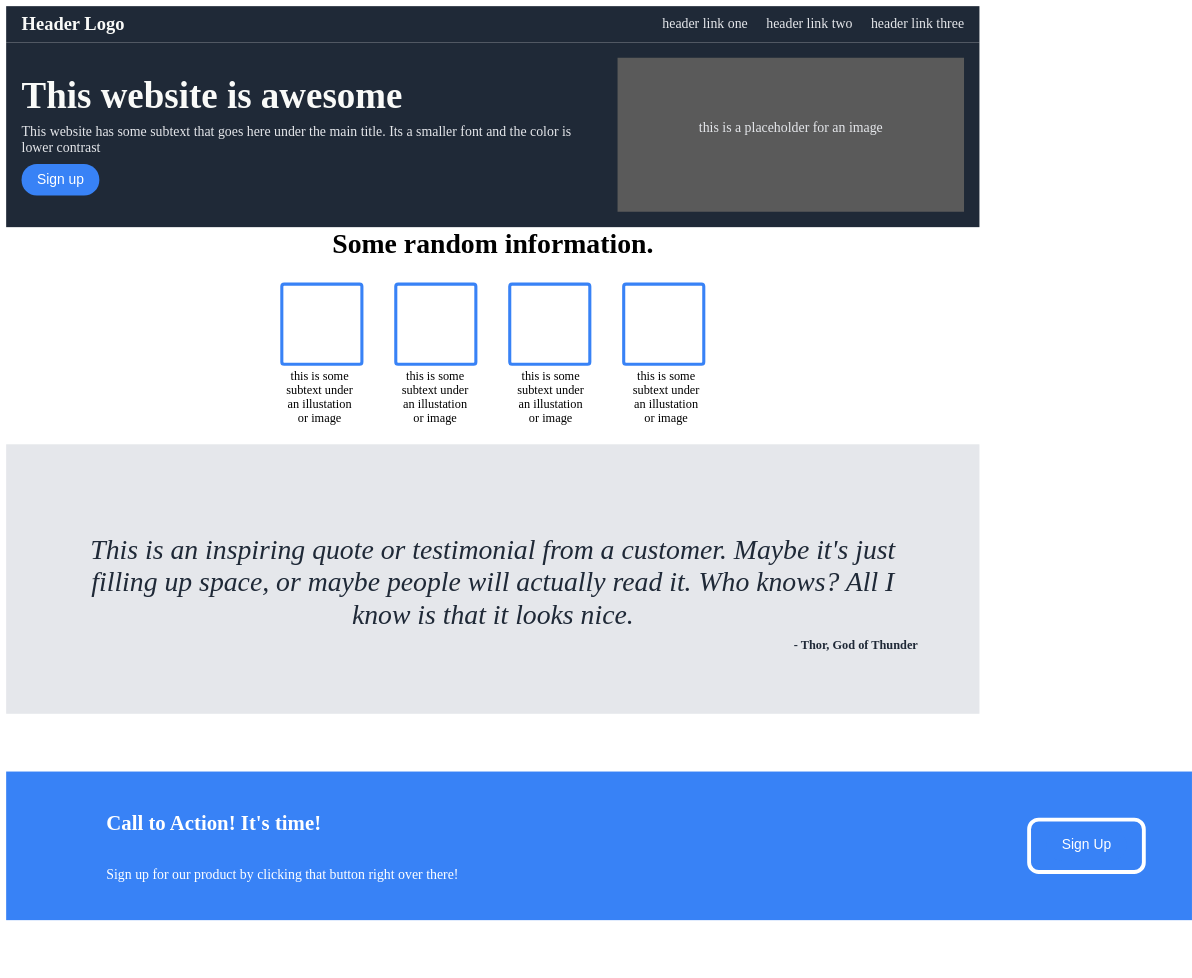
Repository: mnhardy1504/odin-recipes1
Page: flexboxlanding/index.html
These files come from the project's save history. The page is drawn as it stood at one moment and after the next save; the edit follows.
The browser window is 1280 px wide. The page is 1548 px wide, so the pictures cover 1548 px, including what lies to the right of the window. The pictures show the whole page, at 77% of full size.

Above is the page before, as saved 2023-09-15 14:44:01.

### flexboxlanding/index.html
<!DOCTYPE html>
<html>

<head>
    <meta charset="UTF-8">
    <link rel="stylesheet" href="index.css">
</head>

<body>
    <div class="header">
        <div class="header-logo"><strong>Header Logo</strong></div>
        <div class="header-links">
            <a href="#">header link one</a>
            <a href="#">header link two</a>
            <a href="#">header link three</a>
        </div>
    </div>

    <div class="flexbox-section">
        <div class="flexbox-content">
            <h1>This website is awesome</h1>
            <p class="subtext">This website has some subtext that goes here under the main title. Its a smaller font and
                the color is lower contrast</p>
            <button>Sign up</button>
        </div>
        <div class="image-container">
            <div class="image-placeholder">
                <div class="image-text">this is a placeholder for an image</div>
            </div>
        </div>
    </div>

    <div class="random"><strong>Some random information.</strong></div>

    <div class="square-container">
        <div class="square">
            <div class="square-text">
            </div>
        </div>
        <div class="square">
            <div class="square-text">
            </div>
        </div>
        <div class="square">
            <div class="square-text">
            </div>
        </div>
        <div class="square">
            </div>
        </div>
        <div class="text-container">
            <div class="text-box">this is some subtext under an illustation or image</div>
            <div class="text-box">this is some subtext under an illustation or image</div>
            <div class="text-box">this is some subtext under an illustation or image</div>
            <div class="text-box">this is some subtext under an illustation or image</div>
        </div>
    </div>
    <div class="quote-section">
        <p class="quote-text">
            This is an inspiring quote or testimonial from a customer. Maybe it's just filling up space, or maybe people
            will actually read it. Who knows? All I know is that it looks nice.
        </p>
        <div class="quote-author">
            <strong>- Thor, God of Thunder</strong>
        </div>
    </div>

    <div class="call-to-action-box">
        <div class="call-to-action-content">
            <h2>Call to Action! It's time!</h2>
            <p>Sign up for our product by clicking that button right over there!</p>
        </div>
        <div class="call-to-action-button">
            <button>Sign Up</button>
        </div>
    </div>
</body>

</html>

### flexboxlanding/index.css
.header {
    background-color: #1F2937; /* Header background color */
    color: white; /* Text color inside the header */
    display: flex;
    justify-content: space-between; /* Space between logo and links */
    align-items: center;
    padding: 10px 20px; /* Add padding to the header */
}

.header-logo {
    font-size: 24px;
     color: #f9faf8;
     margin-right: 20px;
}

.header-links a {
    text-decoration: none; /* Remove underlines from links */
    font-size: 18px;
    color: #e5e7eb;
    margin-left: 20px; /* Add spacing between links */
}

.header-links a:hover {
    text-decoration: underline;
}

.flexbox-section {
    background-color: #1F2937; /* Background color for the flexbox section */
    color: #f9faf8; /* Text color inside the flexbox section */
    display: flex;
    justify-content: space-between; /* Space between content and image */
    align-items: center;
    padding: 20px; /* Add padding to the flexbox section */
}

.flexbox-content {
    max-width: 60%; /* Adjust the maximum width of the content */
}

h1 {
    font-size: 48px;
    font-weight: bold; /* Extra-bold */
    margin: 0; /* Remove default margin */
}

.subtext {
    font-size: 18px;
    color: #e5e7eb; /* Subtext color */
    margin: 10px 0; /* Add spacing around subtext */
}

.image-container {
    display: flex;
    align-items: center; /* Vertically align content if needed */
}

.image-placeholder {
    width: 450px;
    height: 200px;
    background-color: #5A5A5A;
}

.image-text {
    font-size: 18px;
    color: #e5e7eb;
    text-align: center;
    padding: 80px;
}

.square-container {
    display: flex;
    justify-content:center;
    align-items: center;
    flex-wrap: wrap;
    background-color: white;
    padding: 10px;
}

.square {
    width: 100px;
    height: 100px;
    background-color: white;
    border: 4px solid #3882F6;
    text-align: center;
    display: flex;
    flex-direction: column;
    justify-content: space-between;
    align-items: center;
    color: white;
    margin: 20px;
    border-radius: 5px;
}

.text-container {
    display: flex;
    justify-content: center;
    align-items: center;
    flex-wrap: wrap;
    margin-top: -50px;
}

.text-box {
    width: 100px;
    text-align: center;
    margin: 25px;
}

.random {
    text-align: center;
    justify-content: center;
    font-size: 36px
}

.quote-section {
    background-color: #e5e7eb;
    padding: 80px;
    text-align: center;
}

.quote-text {
    font-size: 36px;
    font-style: italic;
    color: #1F2937;
    margin-bottom: 10px;
}

.quote-author {
    font-style: light italic;
    color: #1F2937;
    text-align: right;
    font-weight: 800;
}

.call-to-action-box {
    display: flex; /* Use flexbox for layout */
    background-color: #3882F6; /* White background for the container */
    padding: 20px;
    width: 1500px;
    margin: 75px auto;
}

.call-to-action-content {
    flex-grow: 1; /* Make this div expand to fill the available space */
    display: flex; /* Use flexbox within the container */
    flex-direction: column; /* Stack items vertically */
    align-items: left; /* Center items horizontally */
    justify-content: center; /* Center items vertically */
    padding: 10px;
    margin-left: 100px ;
    max-width: 1200px;
    font-size: 18px;
    color: white;
}

.call-to-action-button {
    background-color: #3882F6; /* Blue background for the button */
    color: white;
    padding: 10px 20px; /* Adjust padding if needed */
    border: 5px solid white; /* Set border style and color */
    border-radius: 15px;
    font-size: 18px;
    cursor: pointer;
    height: 100; /* Adjust the height to your preference */
    margin: 40px;
}


/* Add hover effect to the button */
.call-to-action-content button:hover {
    background-color: #1F5CFF; /* Darker blue on hover */
}

button {
    background-color: #3882F6;
    color: white;
    padding: 10px 20px;
    border: white;
    border-radius: 20px;
    font-size: 18px;
    cursor: pointer;
    align-items: right;
    text-align: right;
}

button:hover {
    background-color: #3882F6
}

After the next save:
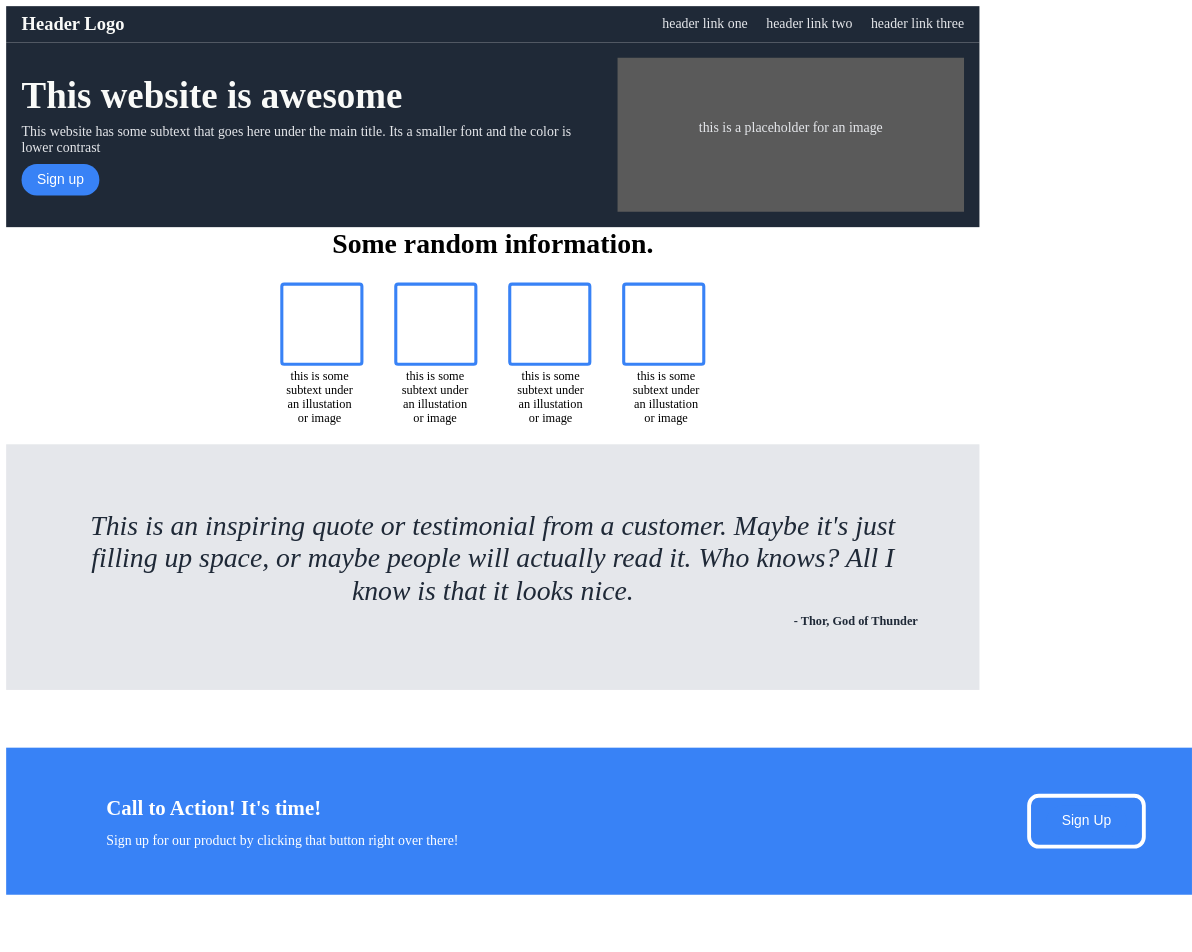
Saved 26 s later.
--- a/flexboxlanding/index.css
+++ b/flexboxlanding/index.css
@@ -152,6 +152,14 @@ h1 {
     color: white;
 }
 
+h2 {
+    margin-bottom: 10px; /* Add margin below the h2 tag */
+}
+
+p {
+    margin-top: 5px; /* Adjust the margin to your preferred spacing */
+}
+
 .call-to-action-button {
     background-color: #3882F6; /* Blue background for the button */
     color: white;
